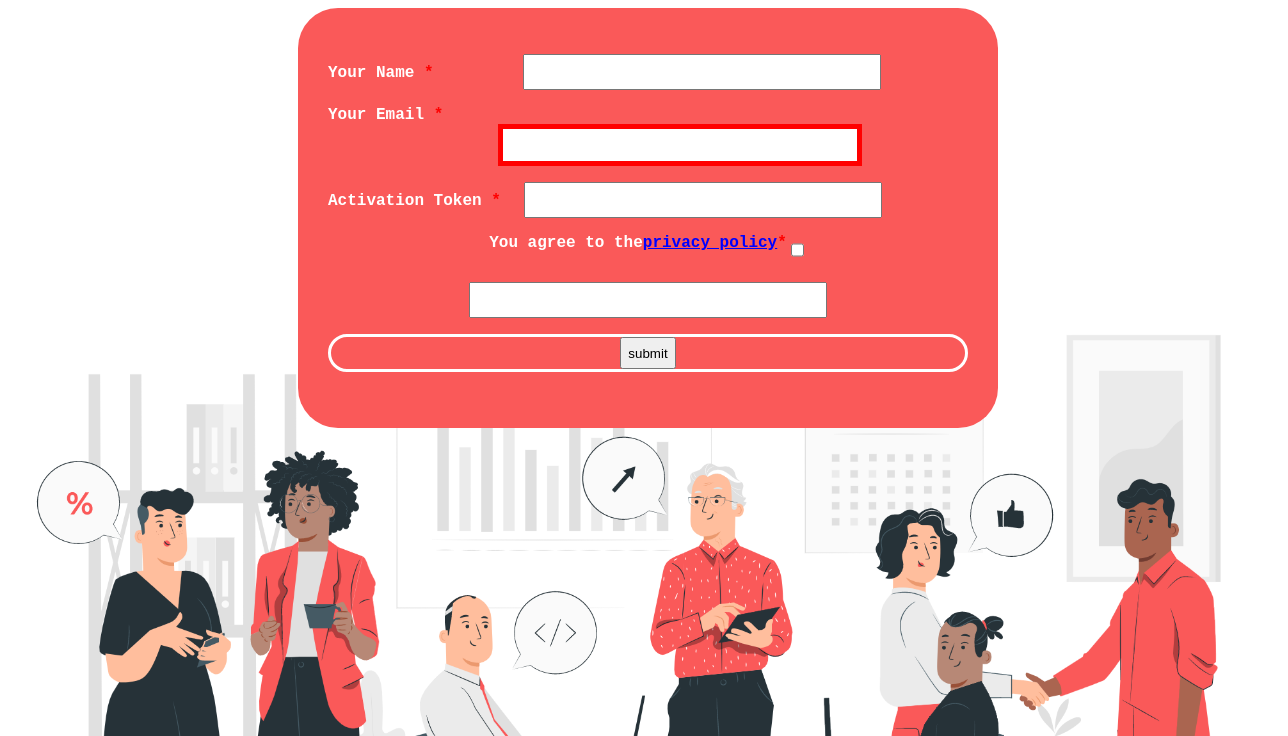
Repository: Rachael4life/Assignment-1
Page: starter-code/src/index.html
An editor plug-in stored every save of this project. The page is shown before and after the next save, followed by the edit.
The browser window is 1280 px wide. The page is 1288 px wide, so the pictures cover 1288 px, including what lies to the right of the window. The pictures show the whole page.

Above is the page before, as saved 2022-02-28 06:21:57.

After the next save:
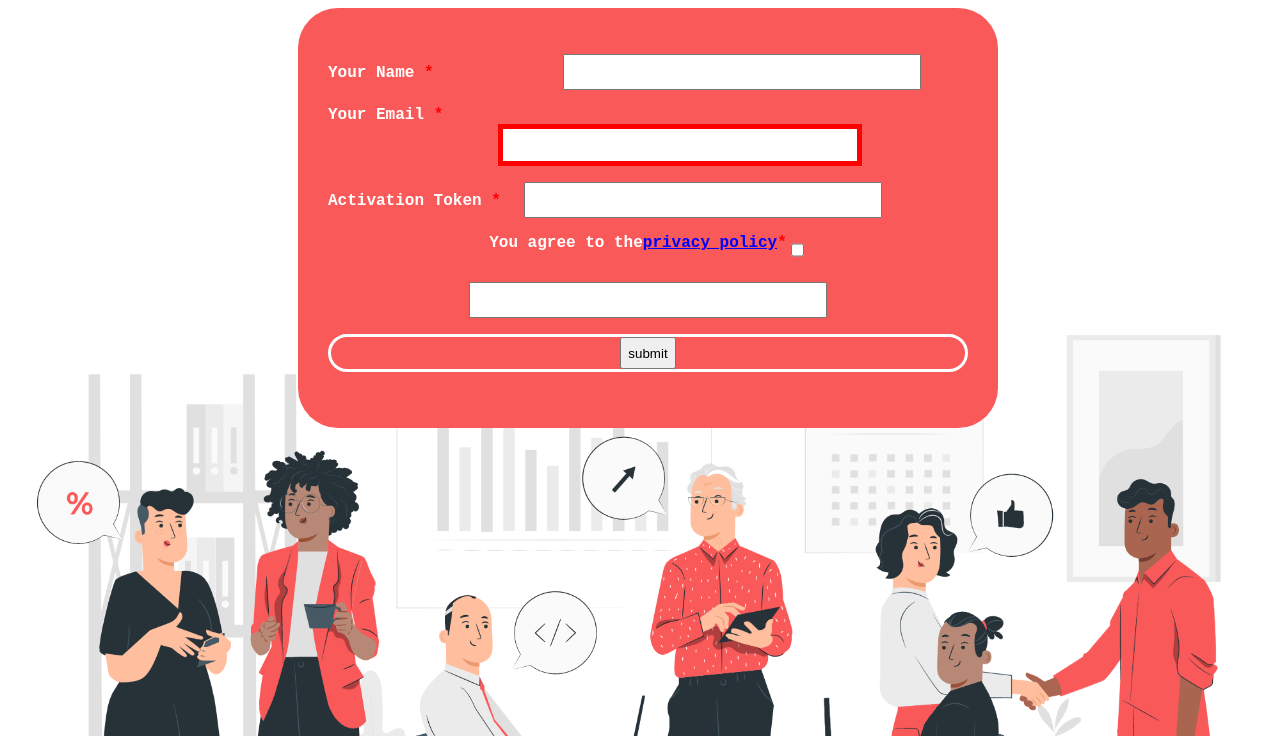
Saved 11 s later.
--- a/starter-code/src/style.css
+++ b/starter-code/src/style.css
@@ -18,7 +18,7 @@ form {
     font-weight: bold;
 }
 #name {
-    margin-left: 80px;
+    margin-left: 120px;
     height: 30px;
     width: 350px;
 }
